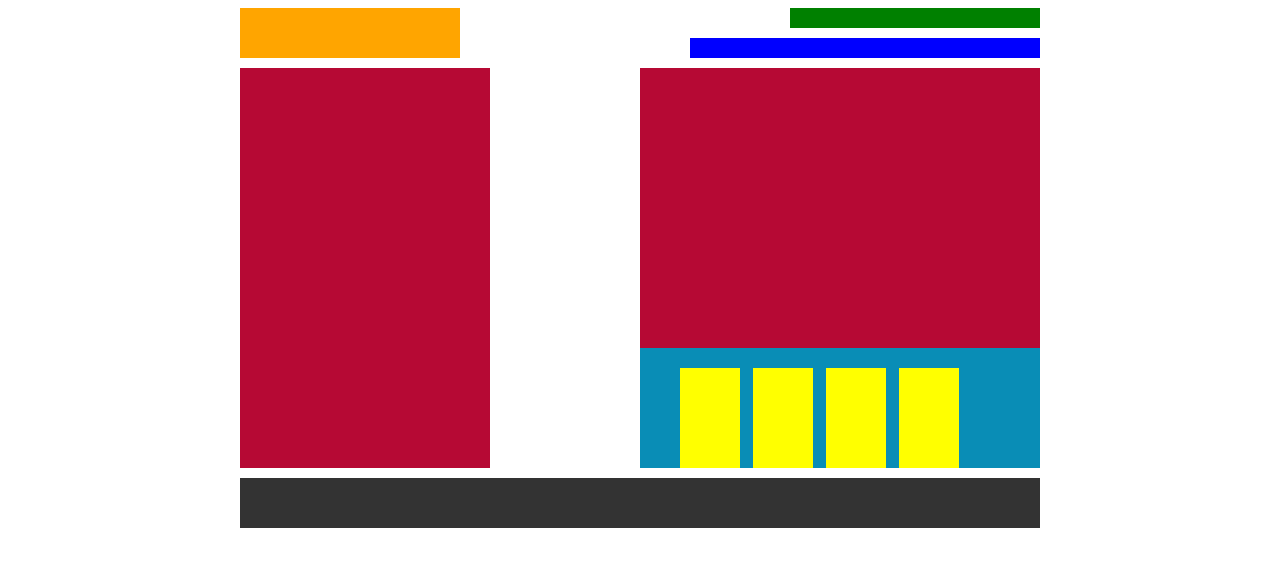
Repository: Tdaine/node
Page: css/code/floatWebLayout.html
An editor plug-in stored every save of this project. The page is shown before and after the next save, followed by the edit.
The browser window is 1280 px wide. The pictures show the whole page.

Above is the page before, as saved 2021-04-28 15:43:54.

After the next save:
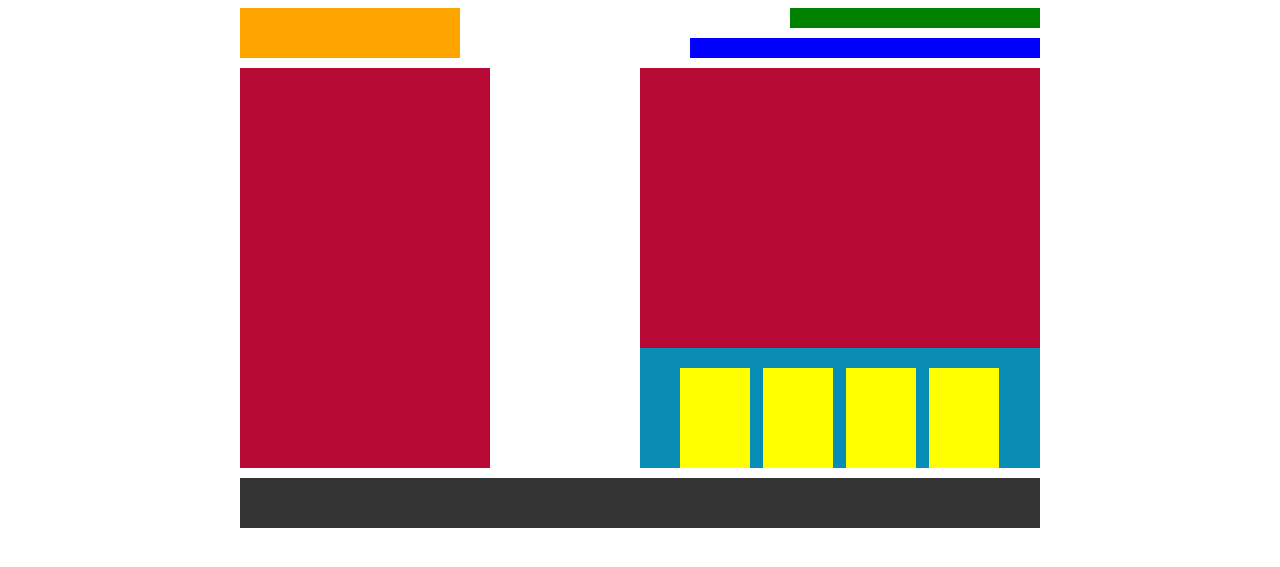
Saved 33 s later.
--- a/css/code/floatWebLayout.html
+++ b/css/code/floatWebLayout.html
@@ -69,7 +69,7 @@
     }
     .content main .pics ul li{
       float: left;
-      width: 60px;
+      width: 70px;
       height: 100px;
       background-color: yellow;
       margin-right: 13px;
